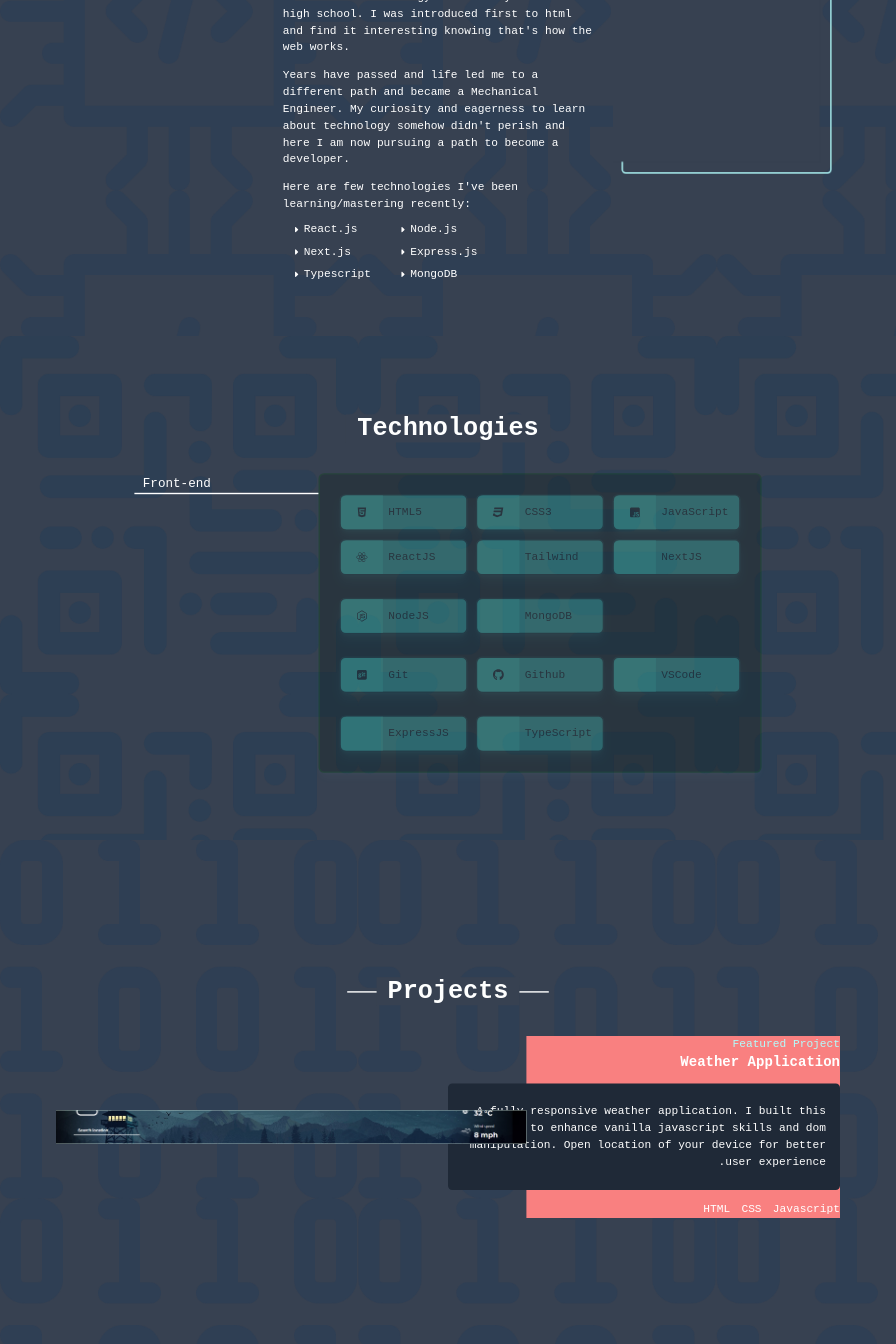
Repository: riandev25/nextjs-portfolio
Page: /
An editor plug-in stored every save of this project. The page is shown before and after the next save, followed by the edit.
The browser window is 1280 px wide. The pictures show the part of the page from y = 960 to 2880 px (the page is 2880 px tall), at 70% of full size.
Backgrounds fixed to the window are drawn as part of the page. The project was rebuilt for these pictures with package versions that can differ from the ones it lists, and the page was loaded fresh each time. The framework's server and built-in components were replaced by stand-ins that run in the browser. Also part of the build but not shown: next.config.js, components/Home/Keyboard/index.module.css, components/Home/Keyboard/index.jsx.

Above is the page before, as saved 2022-11-12 21:43:43.

After the next save:
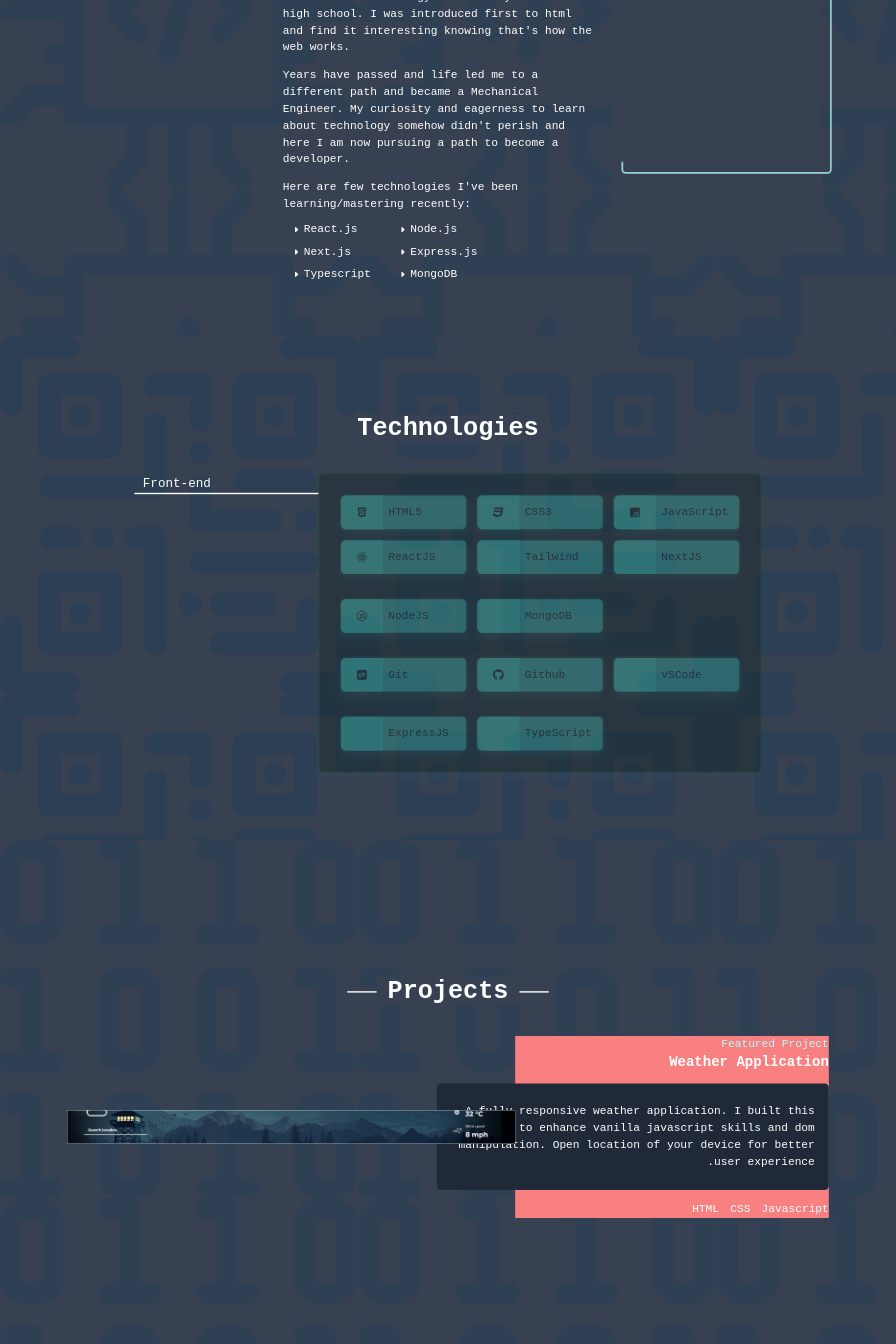
Saved 14 s later.
--- a/components/Projects/index.jsx
+++ b/components/Projects/index.jsx
@@ -26,7 +26,7 @@ const Projects = () => {
     <div className='pt-4 flex flex-col w-full h-screen gap-11 justify-center items-center text-white px-20 bg-bg_binary_image bg-fixed'>
       <PageHeader title='Projects' />
       <div className='flex flex-row justify-center items-center max-w-full '>
-        <section className='relative w-[60%] h-12 bg-green-100 flex-1 flex'>
+        <section className='relative w-[40rem] h-12 bg-green-100 flex-1 flex'>
           <Image
             src={WeatherImage}
             alt='weather-app'
